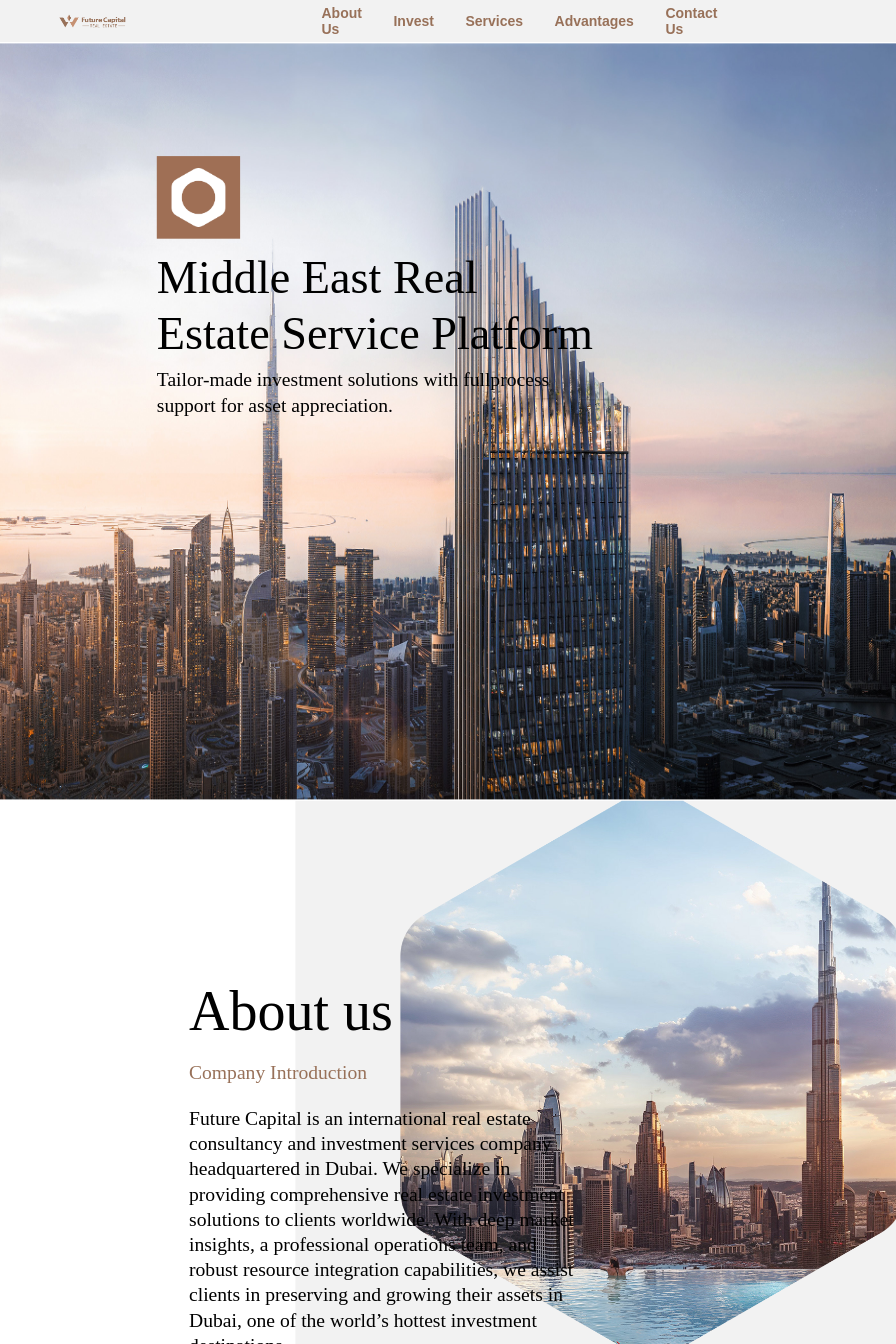
Repository: hcliu987/FutureCapital
Page: /
An editor plug-in stored every save of this project. The page is shown before and after the next save, followed by the edit.
The browser window is 1280 px wide. The pictures show the part of the page from y = 0 to 1920 px (the page is 8610 px tall), at 70% of full size.
The project was rebuilt for these pictures with package versions that can differ from the ones it lists, and the page was loaded fresh each time. Also part of the build but not shown: vue.config.js.

Above is the page before, as saved 2025-01-18 14:05:17.

### src/App.vue
<template>
  <homePage />
</template>

<script setup>
import homePage from "./components/homePage.vue";
</script>

<style>
html,
body {
  margin: 0;
}
</style>

### src/components/homePage.vue
<template>
  <div class="homePage">
    <div class="nav">
      <div class="left">
        <img class="toplogo" src="@/assets/logo.png" />
      </div>
      <div class="right">
        <div><a href="#aboutUs">About Us</a></div>
        <div><a href="#invest">Invest</a></div>
        <div><a href="#services">Services</a></div>
        <div><a href="#advantages">Advantages</a></div>
        <div><a href="#contactUs">Contact Us</a></div>
      </div>
    </div>
    <div class="aboutUs" id="aboutUs">
      <img class="img_bg" src="@/assets/aboutUs_bg1.jpg" />
      <img class="logo" src="@/assets/aboutUs_logo.png" />
      <div class="title">Middle East Real</div>
      <div class="title">Estate Service Platform</div>
      <div class="subInfo m1">
        Tailor-made investment solutions with fullprocess
      </div>
      <div class="subInfo">support for asset appreciation.</div>
    </div>
    <div class="aboutUs2">
      <div class="left"></div>
      <div class="right">
        <img src="@/assets/aboutUs_bg2.png" />
      </div>
      <div class="con_txt">
        <div class="title">About us</div>
        <div class="subtitle">Company Introduction</div>
        <div class="intro">
          Future Capital is an international real estate consultancy and
          investment services company headquartered in Dubai. We specialize in
          providing comprehensive real estate investment solutions to clients
          worldwide. With deep market insights, a professional operations team,
          and robust resource integration capabilities, we assist clients in
          preserving and growing their assets in Dubai, one of the world’s
          hottest investment destinations.
        </div>
      </div>
    </div>
    <div class="aboutUs3">
      <div class="left">
        <img src="@/assets/aboutUs_bg3.png" />
      </div>
      <div class="right"></div>
      <div class="con_txt">
        <div class="title">Company Vision</div>
        <div class="line"></div>
        <div class="info">
          Whether you are looking for an ideal home or exploring high-yield
          investment opportunities, Future Capital is committed to a
          customer-first philosophy. <br /><br />
          We deliver tailored investment support through exceptional service
          quality and forward-thinking market analysis, ensuring a personalized
          experience for every client.
        </div>
      </div>
    </div>
    <div class="invest" id="invest">
      <div class="top">
        <div class="title">New Opportunities</div>
        <div class="title">for Global Asset Allocation</div>
        <div class="line"></div>
      </div>
      <div class="bottom">
        <div class="row">
          <div class="item">
            <div class="pre">0%</div>
            <div class="text">
              Tax Incentives: Zero personal income tax.Zero capital gains tax.
            </div>
          </div>
          <div class="item">
            <div class="pre">6%-8%</div>
            <div class="text">
              Leading Investment Returns:The real estate market offers an
              average annual rental yield of 6%-8%.
            </div>
          </div>
          <div class="item">
            <div class="pre">12%</div>
            <div class="text">
              High-End Residential Growth:Luxury residential projects boast an
              annual sales growth rate exceeding 12%.
            </div>
          </div>
        </div>
        <div class="row">
          <div class="item">
            <div class="pre">100%</div>
            <div class="text">
              Non-UAE investors can achieve 100% foreign ownership.
            </div>
          </div>
          <div class="item">
            <div class="pre">80%</div>
            <div class="text">
              Over 80% of the population in Dubai consists of expatriates,
              leading to steadily growing housing demand.
            </div>
          </div>
          <div class="item">
            <div class="pre">60%</div>
            <div class="text">
              Located at the intersection of Europe, Asia, and Africa, 60% of
              global markets are within an 8-hour flight radius.
            </div>
          </div>
        </div>
        <div class="btext m1">
          Dubai, as a world-leading international metropolis, serves not only as
          the economic and trade hub of
        </div>
        <div class="btext">
          the Middle East but also as a focal point for global investors.
        </div>
      </div>
    </div>
    <div class="services" id="services">
      <div class="top">
        <div class="line"></div>
        <div class="item">
          <div class="title">Our Services</div>
          <div>
            Assist the rental of of primary and secondary commercial/residential
            properties.
          </div>
          <div>
            Assist the rental of of primary and secondary commercial/residential
            properties.
          </div>
        </div>
      </div>
      <div class="imgs">
        <img class="img1" src="@/assets/services_bg1.png" />
        <img class="img2" src="@/assets/services_bg2.png" />
      </div>
    </div>
    <div class="advantages1" id="advantages">
      <img src="@/assets/advantages_bg1.jpg" />
      <div class="title">Our Advantages</div>
    </div>
    <div class="advantages2">
      <div class="top">
        <div class="item">
          <div class="title">Company Introduction</div>
          <div class="info">
            A professional real estate consultancy team offering accurate market
            analysis and expert advice.
          </div>
        </div>
        <div class="item h1">
          <div class="title">High-End Resource Integration</div>
          <div class="info">
            Collaborating with Dubai’s top developers, such as EMAAR, Nakheel,
            and DAMAC, to provide exclusive properties and premium resources.
          </div>
        </div>
        <div class="item h1">
          <div class="title">Customer First</div>
          <div class="info">
            Placing client needs at the core, delivering full process,
            comprehensive support from property selection to investment
            implementation.
          </div>
        </div>
        <div class="item">
          <div class="title">Global Perspective</div>
          <div class="info">
            Serving clients worldwide, including investors from China, the UK,
            India, Europe, and Gulf countries.
          </div>
        </div>
      </div>
      <div class="img">
        <img src="@/assets/advantages_bg2.png" />
      </div>
    </div>
    <div class="contact" id="contactUs">
      <div class="left">
        <img src="@/assets/contact_bg2.png" />
      </div>
      <div class="right">
        <img src="@/assets/contact_bg1.png" />
      </div>
      <div class="content">
        <div class="title">
          <img src="@/assets/aboutUs_logo.png" />
          <div class="text">Contact US</div>
        </div>
        <div class="info">
          Thank you for your interest and trust in us! For more information
          about our projects or to discuss any inquiries and collaboration
          opportunities, feel free to reach out to our professional team. You
          can contact us through the following channels, and we look forward to
          providing you with the best service.
        </div>
        <div class="detail">
          <div class="key">Phone</div>
          <div class="value">+971 50 350 8883</div>
        </div>
        <div class="detail">
          <div class="key">Email</div>
          <div class="value">michael@futurecapital.ae</div>
        </div>
        <div class="detail">
          <div class="key">Address</div>
          <div class="value">
            3rd Floor Westburry Tower, Al Abraj Street Business Bay, Dubai
          </div>
        </div>
        <div class="end">
          We look forward to working with you to build a better future !
        </div>
      </div>
    </div>
  </div>
</template>

<script setup>
</script>


<style scoped>
.homePage {
  max-width: 1920px;
}
.nav {
  height: 60px;
  background: #f2f2f2;
  display: flex;
  align-items: center;
  justify-content: space-between;
  padding: 0 210px 0 85px;
  margin-bottom: 2px;
}
.nav .left {
  display: flex;
  align-items: center;
}
.nav .left img {
  margin-right: 12px;
}
.nav .right {
  display: flex;
  align-items: center;
  justify-content: end;
  width: 100%;
  font-family: 'Outfit Bold', sans-serif;
}
.nav .right div {
  margin-right: 45px;
  color: #987159;
  cursor: pointer;
  font-size: 16px;
  font-weight: bold;
}
.nav .right a {
  color: #987159;
  text-decoration: none;
  font-size: 20px;
}
.aboutUs {
  width: 100%;
  position: relative;
  min-height: 1080px;
  margin-bottom: 2px;
}
.aboutUs .img_bg {
  max-width: 100%;
  position: absolute;
  min-height: 1080px;
}
.aboutUs .logo {
  width: 118.5px;
  height: 118.5px;
  margin: 160.5px 0 12px 224px;
  position: relative;
  z-index: 1;
}
.nav .left .toplogo{
  width: 25%;
  height: 25%;
}
.aboutUs .title {
  margin-left: 224px;
  font-size: 66px;
  font-weight: 400;
  color: #000;
  line-height: 80px;
  position: relative;
  z-index: 1;
  font-family: ;
}
.aboutUs .subInfo {
  margin-left: 224px;
  font-size: 28px;
  line-height: 36px;
  position: relative;
  z-index: 1;
}
.aboutUs .m1 {
  margin-top: 8px;
}
.aboutUs2 {
  display: flex;
  width: 100%;
  min-height: 1080px;
  position: relative;
  margin-bottom: 2px;
}
.aboutUs2 .left {
  width: 33%;
  background: #fff;
}
.aboutUs2 .right {
  width: 67%;
  background: #f2f2f2;
  text-align: right;
}
.aboutUs2 .right img {
  max-width: 82.5%;
}
.aboutUs2 .con_txt {
  position: absolute;
  top: 260px;
  left: 270px;
  width: 573px;
}
.aboutUs2 .title {
  font-size: 80px;
  line-height: 80px;
  color: #000;
}
.aboutUs2 .subtitle {
  font-size: 28px;
  color: #987159;
  line-height: 36px;
  margin: 30px 0;
}
.aboutUs2 .intro {
  font-size: 28px;
  line-height: 36px;
}
.aboutUs3 .left {
  width: 55.7%;
}
.aboutUs3 {
  display: flex;
  width: 100%;
  position: relative;
  margin-bottom: 2px;
}
.aboutUs3 .right {
  width: 44.3%;
  background: #f2f2f2;
}
.aboutUs3 .con_txt {
  width: 851px;
  height: 678px;
  background: #fff;
  position: absolute;
  top: 110px;
  right: 110px;
  padding: 182px 0 0 132px;
}
.aboutUs3 .con_txt .title {
  font-size: 28px;
  color: #987159;
  line-height: 36px;
  margin-bottom: 66px;
}
.aboutUs3 .con_txt .line {
  height: 1px;
  width: 145px;
  margin-bottom: 38px;
  background: #987159;
}
.aboutUs3 .con_txt .info {
  width: 533px;
  font-size: 28px;
  line-height: 36px;
}
.invest .top {
  height: 360px;
  background: #fff;
  text-align: center;
  display: flex;
  align-items: center;
  flex-direction: column;
  justify-content: center;
}
.invest .top .title {
  font-size: 80px;
  color: #000;
  line-height: 80px;
}
.invest .top .line {
  height: 1px;
  background: #987159;
  width: 773px;
  margin-top: 32px;
}
.invest .bottom {
  height: 600px;
  background: #f2f2f2;
  padding: 90px 200px 30px 328px;
}
.invest .bottom .row {
  display: flex;
  justify-content: space-between;
}
.invest .bottom .row .item {
  height: 215px;
  width: 314px;
  margin-bottom: 40px;
}
.invest .bottom .row .pre {
  font-size: 80px;
  line-height: 80px;
  color: #987159;
  margin-bottom: 7.5px;
}
.invest .bottom .row .text {
  font-size: 20px;
  line-height: 25.2px;
  color: #000;
}
.invest .bottom .btext {
  width: 100%;
  text-align: center;
  font-size: 28px;
  line-height: 36px;
}
.invest .bottom .m1 {
  margin-top: 10px;
}
.services {
  min-height: 1080px;
  background: #fff;
  margin: 2px 0;
}
.services .top {
  height: 232px;
  padding: 150px 120px 150px 150px;
}
.services .top .line {
  width: 466px;
  height: 1px;
  background: #987159;
  margin-bottom: 65px;
}
.services .top .item {
  display: flex;
  align-items: center;
  justify-content: space-between;
  height: 106px;
}
.services .top .item div {
  max-width: 460px;
  font-size: 28px;
  line-height: 36px;
}
.services .top .item .title {
  max-width: 550px;
  font-size: 80px;
}
.services .imgs {
  display: flex;
  width: 100%;
}
.services .imgs .img1 {
  width: 67%;
}
.services .imgs .img2 {
  width: 33%;
}
.advantages1 {
  min-height: 1080px;
  margin-bottom: 2px;
  position: relative;
  display: flex;
  align-items: center;
  justify-content: center;
}
.advantages1 .title {
  font-size: 80px;
  position: relative;
  color: #fff;
  z-index: 1;
}
.advantages1 img {
  min-height: 1080px;
  width: 100%;
  position: absolute;
}
.advantages2 {
  min-height: 1080px;
  background: #fff;
  margin-bottom: 2px;
}
.advantages2 .img {
  height: 488px;
}
.advantages2 .top {
  height: 529px;
  padding: 63px 142px 0 172px;
  display: flex;
  justify-content: space-between;
}
.advantages2 .top .item {
  width: 332px;
}
.advantages2 .top .h1 {
  width: 345px;
}
.advantages2 .top .title {
  color: #987159;
  height: 180px;
  font-size: 28px;
  display: flex;
  align-items: flex-end;
  margin-bottom: 40px;
  font-weight: 700;
}
.advantages2 .top .info {
  font-size: 28px;
}
.advantages2 .img img {
  width: 100%;
  height: 100%;
}
.contact {
  display: flex;
  position: relative;
}
.contact .left {
  background: #f2f2f2;
  width: 50%;
  display: flex;
  align-items: center;
}
.contact .left img {
  max-width: 22%;
  position: relative;
  z-index: 1;
}
.contact .right {
  width: 50%;
  background: #987159;
  display: flex;
  align-items: center;
  justify-content: end;
}
.contact .right img {
  max-width: 60%;
}
.contact .content {
  width: 870px;
  height: 613px;
  position: absolute;
  top: 108px;
  left: 194px;
  background: #fff;
  padding: 129px 65px 120px 100px;
}
.contact .content .title {
  display: flex;
  align-items: flex-end;
  margin-bottom: 80px;
}
.contact .content img {
  width: 118px;
  height: 118px;
}
.contact .content .title .text {
  font-size: 80px;
  line-height: 80px;
  margin-left: 93px;
}
.contact .content .info {
  font-size: 28px;
  line-height: 36px;
  margin-bottom: 30px;
}
.contact .content .detail {
  display: flex;
  margin-bottom: 16px;
}
.contact .content .key,
.contact .content .value {
  min-width: 119px;
  font-size: 22px;
  color: #987159;
  line-height: 30px;
}
.contact .content .value {
  color: #000;
}
.contact .content .end {
  font-size: 28px;
  line-height: 36px;
  text-align: center;
  margin-top: 50px;
}
</style>

Loaded but not shown: public/index.html (common file); src/main.js (common file)

After the next save:
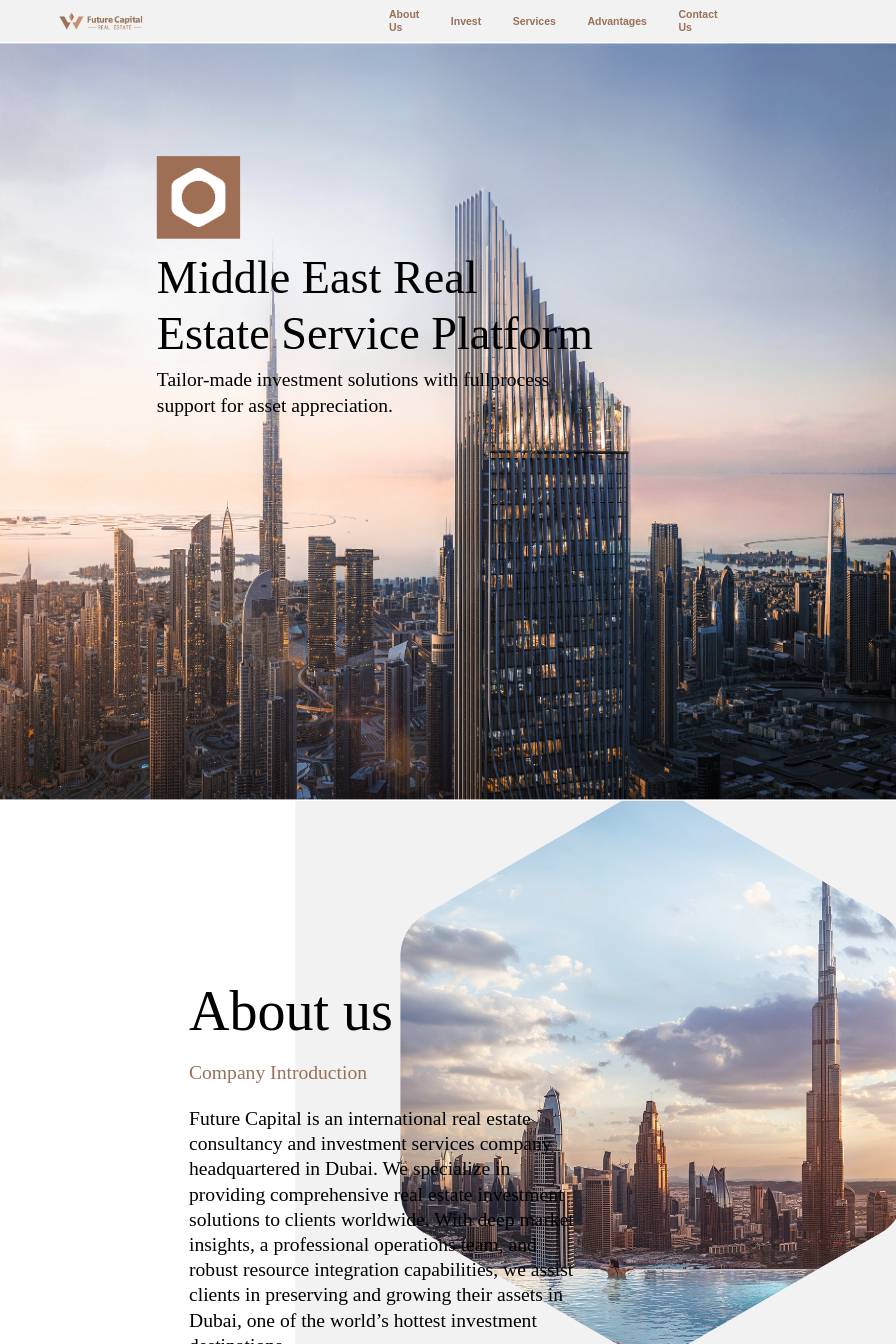
Saved 9 s later.
--- a/src/components/homePage.vue
+++ b/src/components/homePage.vue
@@ -261,7 +261,7 @@
 .nav .right a {
   color: #987159;
   text-decoration: none;
-  font-size: 20px;
+  font-size: 15px;
 }
 .aboutUs {
   width: 100%;
